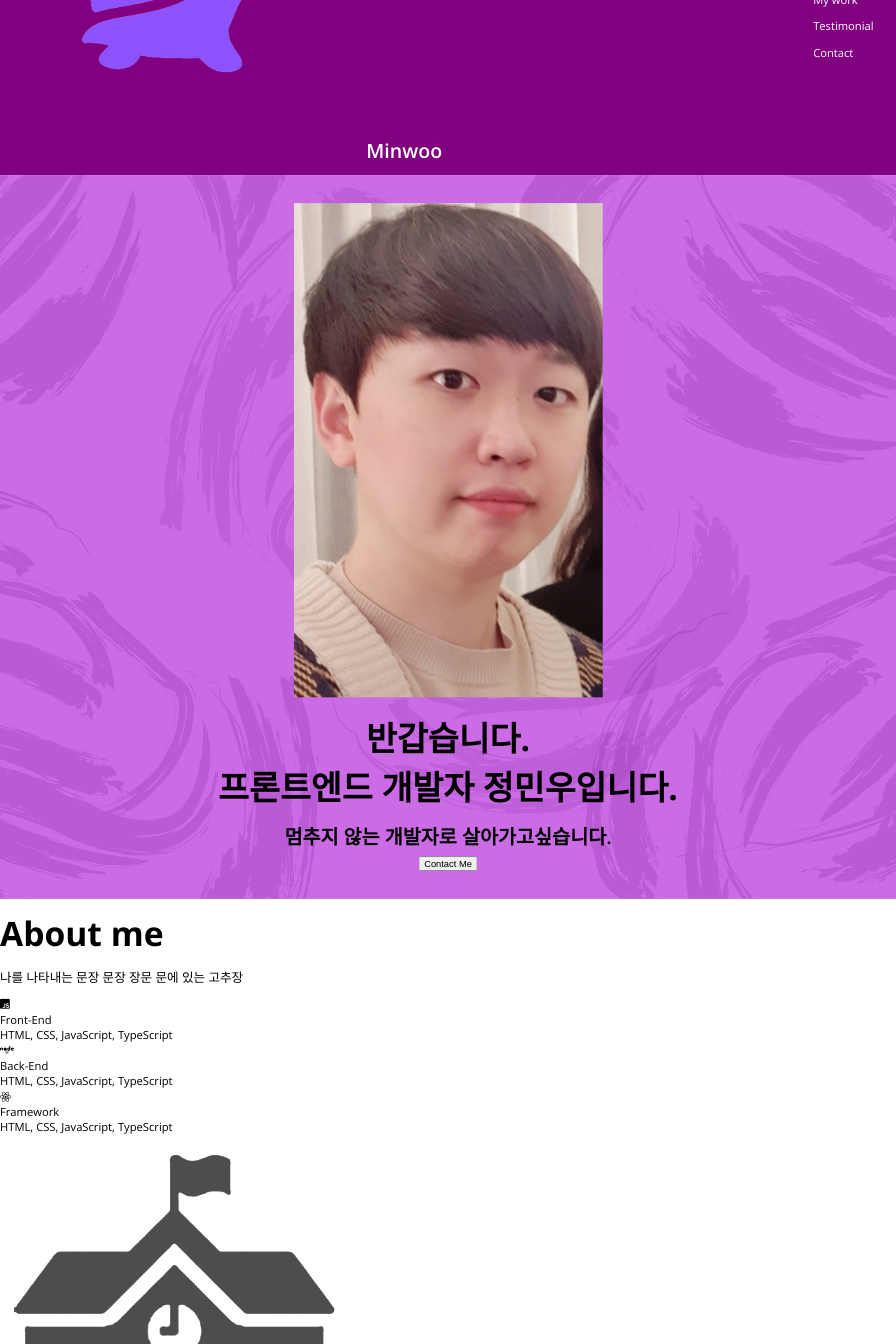
Repository: DevMinwoo-Jung/MinwooPortfolio
Page: index.html
An editor plug-in stored every save of this project. The page is shown before and after the next save, followed by the edit.
The browser window is 1280 px wide. The pictures show the part of the page from y = 513 to 2433 px (the page is 7461 px tall before and 7066 px after), at 70% of full size.

Above is the page before, as saved 2021-05-31 14:16:10.

After the next save:
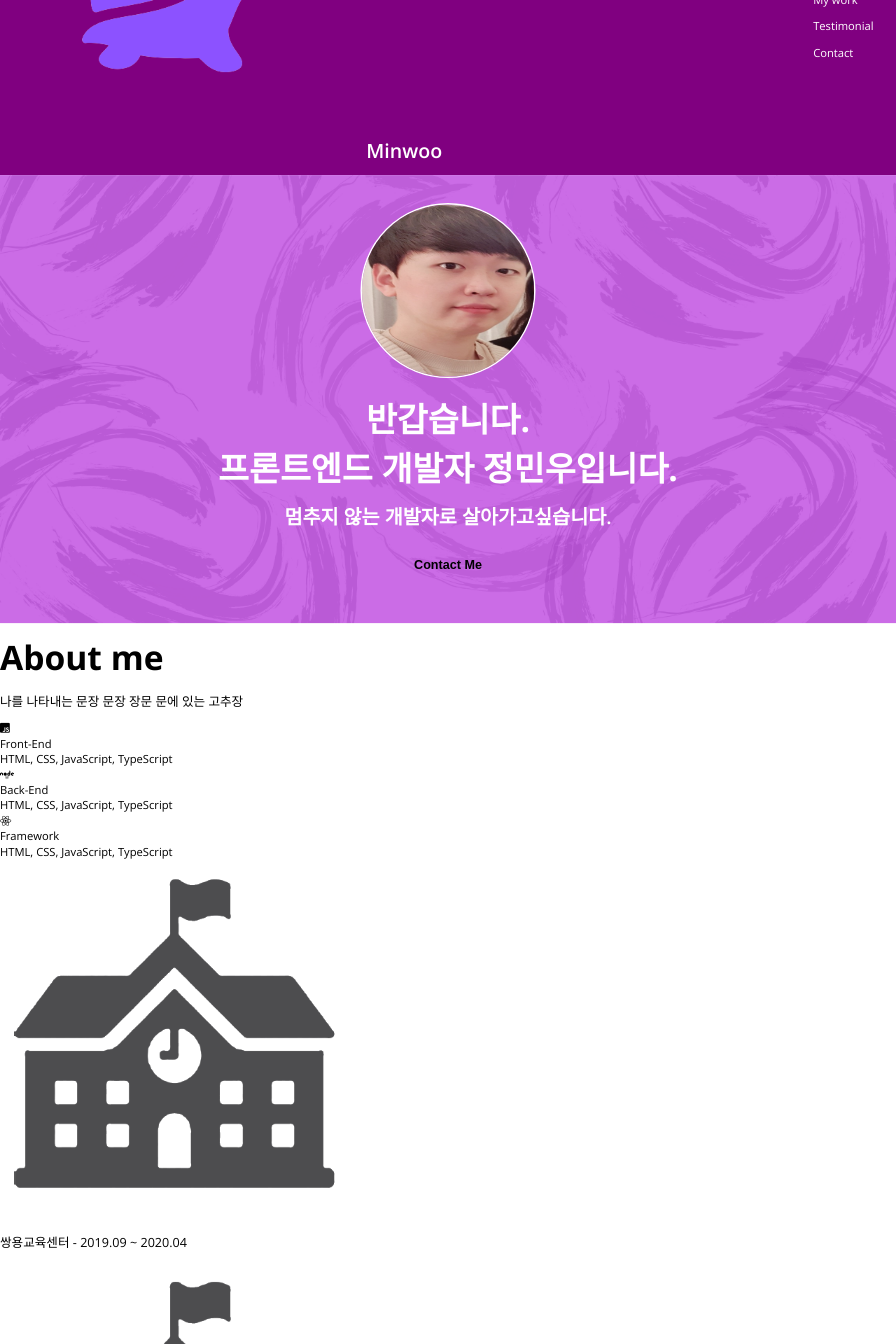
Saved 3 min 12 s later.
--- a/style.css
+++ b/style.css
@@ -81,6 +81,17 @@ ul {
   padding-left: 0;
 }
 
+li {
+  list-style: none;
+}
+
+button {
+  background-color: transparent;
+  cursor: pointer;
+  border: none;
+  outline: none;
+}
+
 /* Navbar */
 #navbar {
   display: flex;
@@ -121,3 +132,24 @@ ul {
   padding: 40px;
   text-align: center;
 }
+
+.home__avatar {
+  width: 250px;
+  height: 250px;
+  border-radius: 50%;
+  border: 2px solid var(--color-white);
+}
+
+.home__title,
+.home__description {
+  color: var(--color-white);
+}
+
+.home__contact {
+  font-size: var(--font-regular);
+  font-weight: var(--weight-bold);
+  margin: 24px;
+  padding: 8px 12px;
+  border: 2px solid (var(--color-white));
+  border-radius: var(--size-border-radius);
+}
